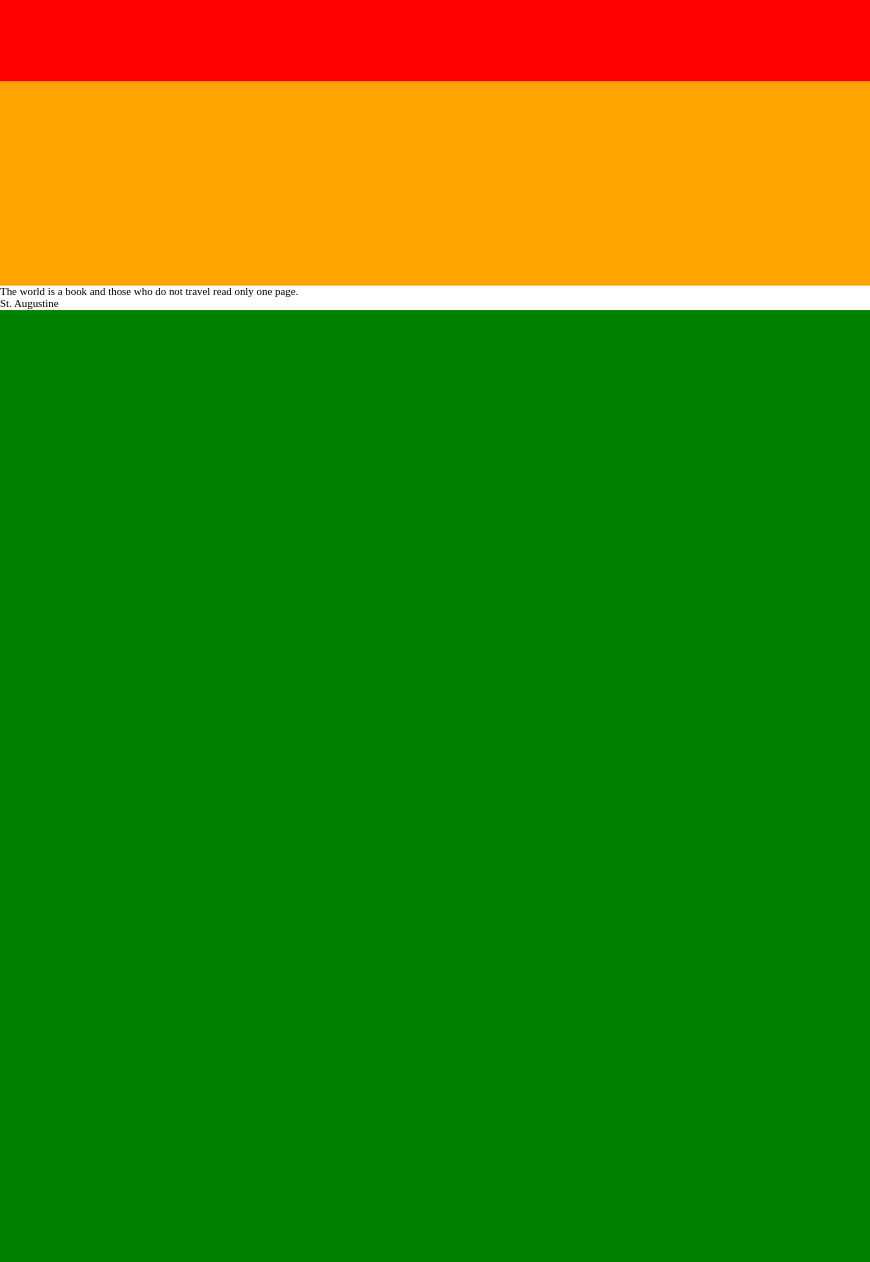
Repository: takedakazushi/git-practice
Page: sample/sample.html
The author's editor kept a record of every edit. The page is drawn from the files as they stood at one moment, then again after the next edit.
The browser window is 1280 px wide. The pictures show the whole page, at 68% of full size.

Above is the page before.

After the next edit:
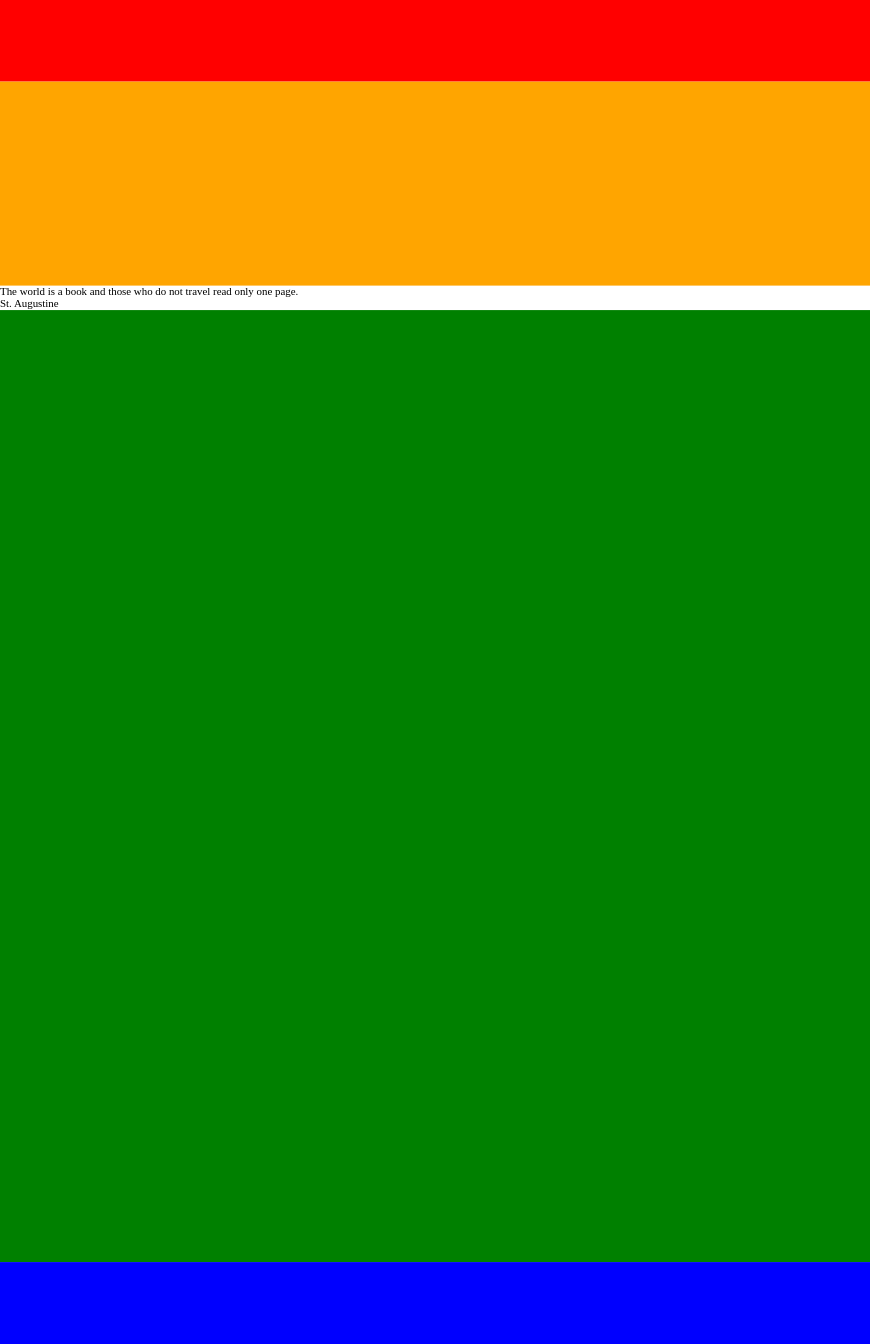
The edit:
--- a/sample/stle.css
+++ b/sample/stle.css
@@ -15,4 +15,9 @@
   .main {
   width: 100%;
   height: 1400px;
-  background-color: green;
+  background-color: green; }
+  .footer {
+  width: 100%; /* 横幅いっぱい */
+  height: 120px; /* 高さ120px */
+  background-color: blue; /* 背景色blue */
+}
